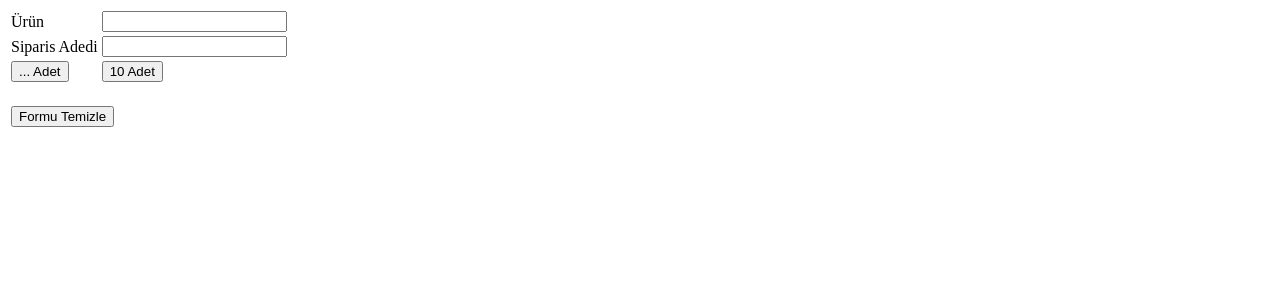
Repository: emrebolukbas/.js-Training-Tobeto
Page: 3-Siparis/public/Siparis.html
The author's editor kept a copy of each file at every save. The page is drawn from the files as they stood at one save, then again after the next save.
The browser window is 1280 px wide. The pictures show the whole page.

Above is the page before, as saved 2023-10-08 12:23:42.

### 3-Siparis/public/Siparis.html
<!DOCTYPE html>
<html>
<head>
	<meta charset="UTF-8">
	<title> 3- Siparis 1.0 </title>
	<script type="text/javascript" src="Siparis.js"></script>
	<link rel="stylesheet" href="Siparis.css">
</head>
<body>

	<table class="table-1">
		<tr class="tr-1">
			<td>
				Ürün
			</td>
			<td>
				<input id="input-1" type="text">
			</td>
		</tr>
		<tr class="tr-1">
			<td>
				Siparis Adedi
			</td>
			<td>
				<input id="input-2" type="text">
			</td>
		</tr>
		<tr class="tr-2">
			<td>
				<button class="button-1" onclick="adetSiparis()"> ... Adet </button>
			</td>
			<td>
				<button class="button-1" onclick="onSiparis()"> 10 Adet </button>
			</td>
		</tr>
		<tr class="tr-2">
			<td colspan="2">
				<p id="p-1"></p>
			</td>
		</tr>
		<tr class="tr-2">
			<td colspan="2">
				<button class="button-2" id="button-3" onclick="temizle()"> Formu Temizle </button>
			</td>
		</tr>

	</table>

</body>
</html>

### 3-Siparis/public/Siparis.css
@charset "UTF-8";

table .table-1 {
	table-layout: fixed;
	width: 750px;
	border: solid 2px #744;
}

tr .tr-1 {
	height: 45px;
}

/* Çizelgenin ikinci tür satırları için Css stilli */

tr .tr-2 {
	text-align: center;
	height: 75px;
}

Loaded but not shown: 3-Siparis/public/Siparis.js (common file)

After the next save:
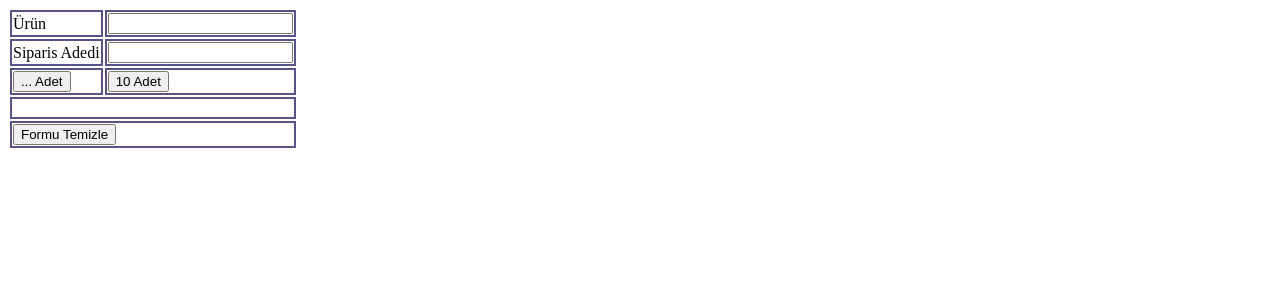
Saved 3 min 39 s later.
--- a/3-Siparis/public/Siparis.css
+++ b/3-Siparis/public/Siparis.css
@@ -16,3 +16,22 @@ tr .tr-2 {
 	text-align: center;
 	height: 75px;
 }
+
+td {
+	border: solid 2px #558;
+}
+
+/* td .td-1 {
+	text-align: center;
+} */
+
+button .button-1 {
+	width: 220px;
+	color: #33e;
+	font-weight: 900;
+}
+
+button .button-1 {
+	background-color: #aa4;
+	width: 60%;
+}
